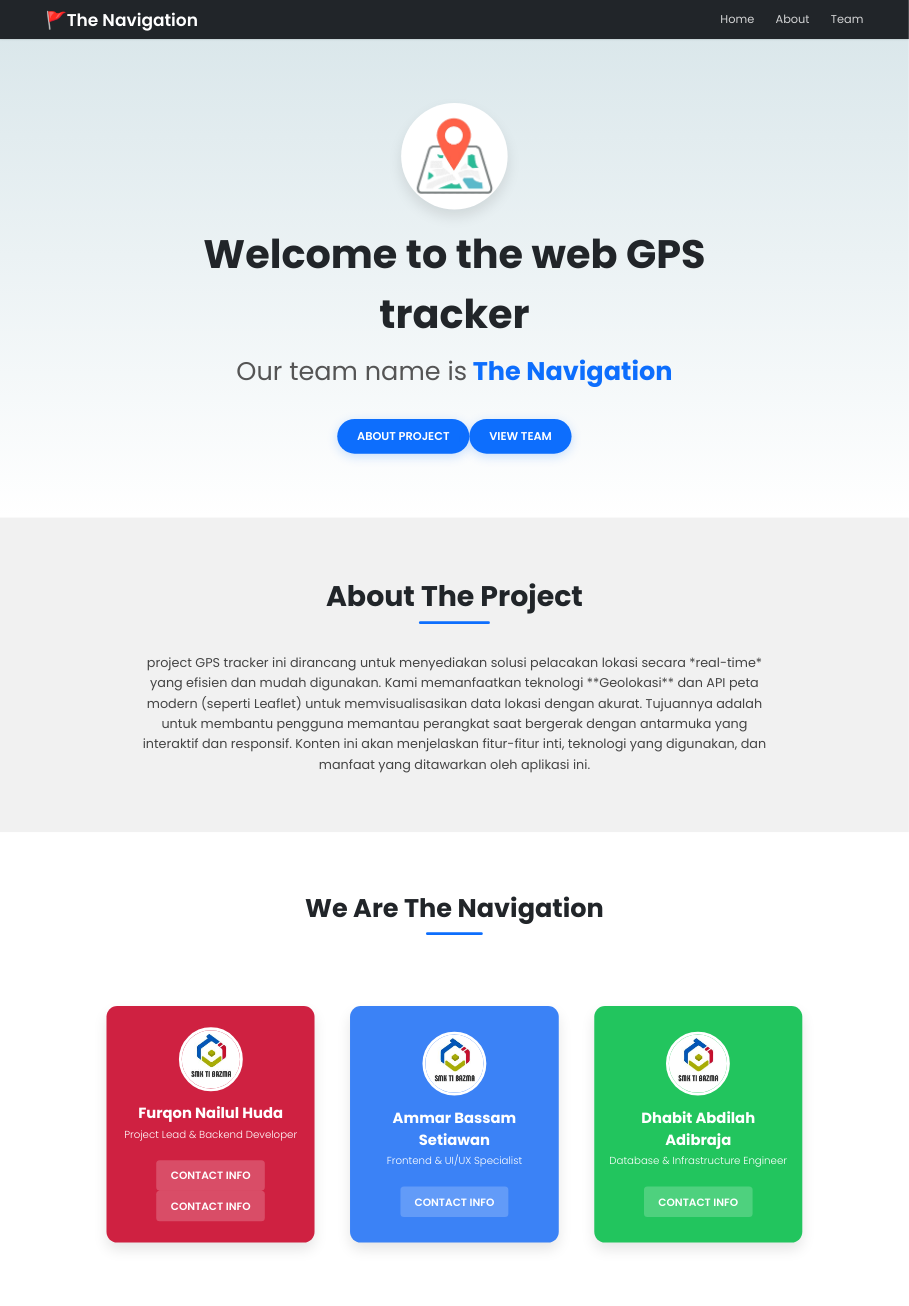
Repository: ammarsetiawan/gps-traker
Page: about.html
These files come from the project's save history. The page is drawn as it stood at one moment and after a run of saves; the edit follows.
The browser window is 1280 px wide. The pictures show the whole page, at 71% of full size.

Above is the page before, as saved 2025-11-27 16:49:24.

After the next 2 saves:
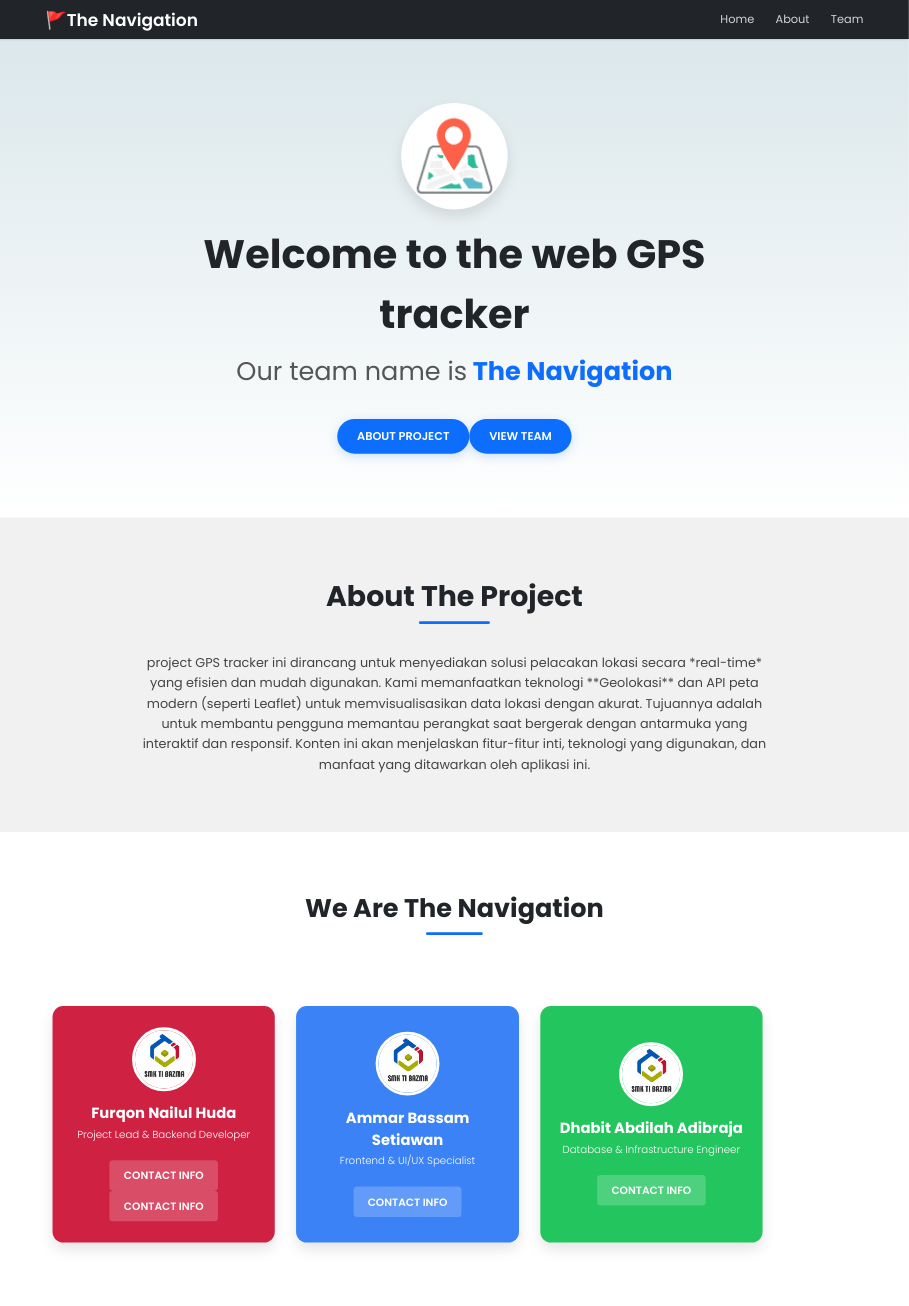
The 2 saves are shown as one change because they came seconds apart.
The last was saved 6 s later.
--- a/about.html
+++ b/about.html
@@ -279,11 +279,16 @@
             max-width: 1000px;
             margin: 0 auto;
             padding-bottom: 50px;
-        }
+            margin: 10px;
+        }
+
+
+
+
+
 
         .cards .card {
 
-            margin: 10px;
             display: flex;
             align-items: center;
             justify-content: center;
